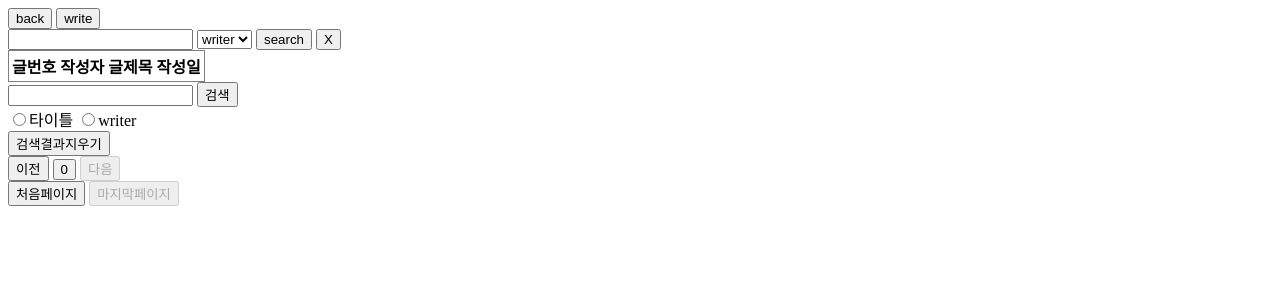
Repository: phoresis92/KITRI-spring
Page: http://localhost/springWeb/WEB-INF/views/board/list.jsp
These files come from the project's save history. The page is drawn as it stood at one moment and after the next save; the edit follows.
The browser window is 1280 px wide. The pictures show the whole page.
The page is served by Tomcat 9. Nobody is signed in. The template is opened directly, without the code that normally fills it, so the values that code supplies are empty.

Above is the page before, as saved 2019-01-28 05:53:28.

After the next save:
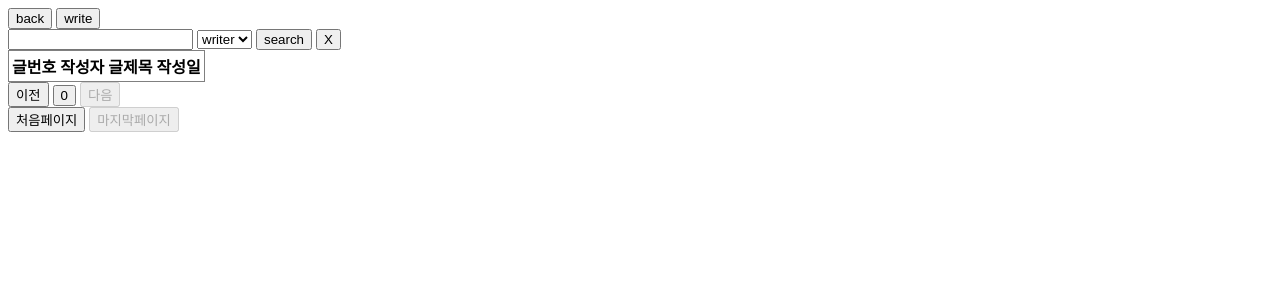
Saved 32 s later.
--- a/springWeb/src/main/webapp/WEB-INF/views/board/list.jsp
+++ b/springWeb/src/main/webapp/WEB-INF/views/board/list.jsp
@@ -235,14 +235,14 @@
 </table>
 
 
-<input type="text" id="word">
+<!-- <input type="text" id="word">
 <input type="button" id="search" value="검색">
 <form>
 <input type="radio" name="ra" value="2">타이틀
 <input type="radio" name="ra" value="1">writer
 </form>
 <input type="button" id="clear" value="검색결과지우기">
-<div id="resultList"></div>
+<div id="resultList"></div> -->
 
 <div id="paging">
 
